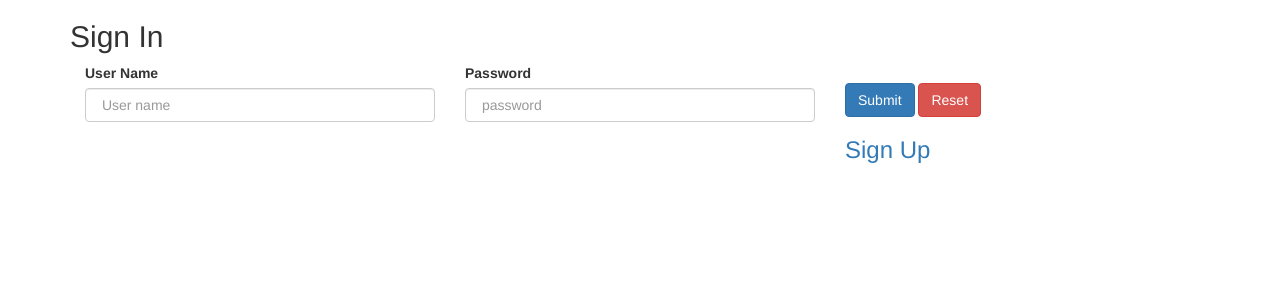
Repository: AravindMarshall/ShoppingCart
Page: http://localhost/Phineas/Login.jsp
These files come from the project's save history. The page is drawn as it stood at one moment and after the next save; the edit follows.
The browser window is 1280 px wide. The pictures show the whole page.
The page is served by Tomcat 9.

Above is the page before, as saved 2016-06-17 06:56:42.

After the next save:
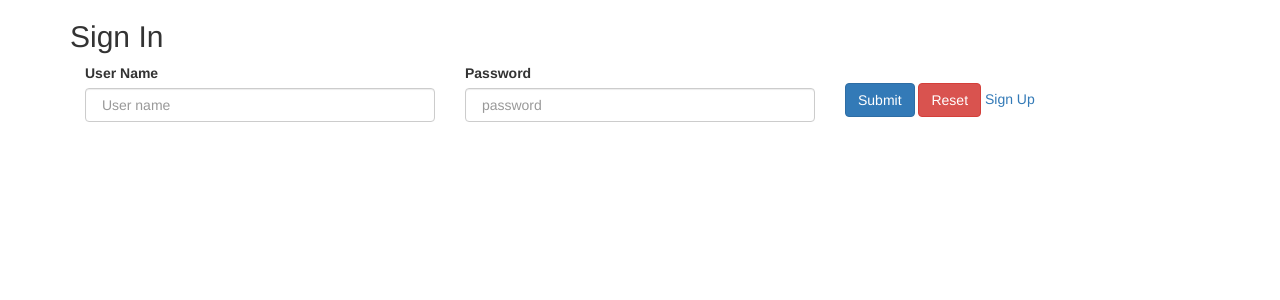
Saved 43 s later.
--- a/NIIT Shopping Cart/Phineas/WebContent/Login.jsp
+++ b/NIIT Shopping Cart/Phineas/WebContent/Login.jsp
@@ -39,7 +39,7 @@
 						<div class="col-sm-4"><br>
 							<button type="submit" class="btn btn-primary">Submit</button>
 							<button type="Reset" class="btn btn-danger">Reset</button>
-							<a href="Register.jsp"><h3>Sign Up</h3></a>
+							<a href="Register.jsp">Sign Up</a>
 
 						</div>
 					</div>
